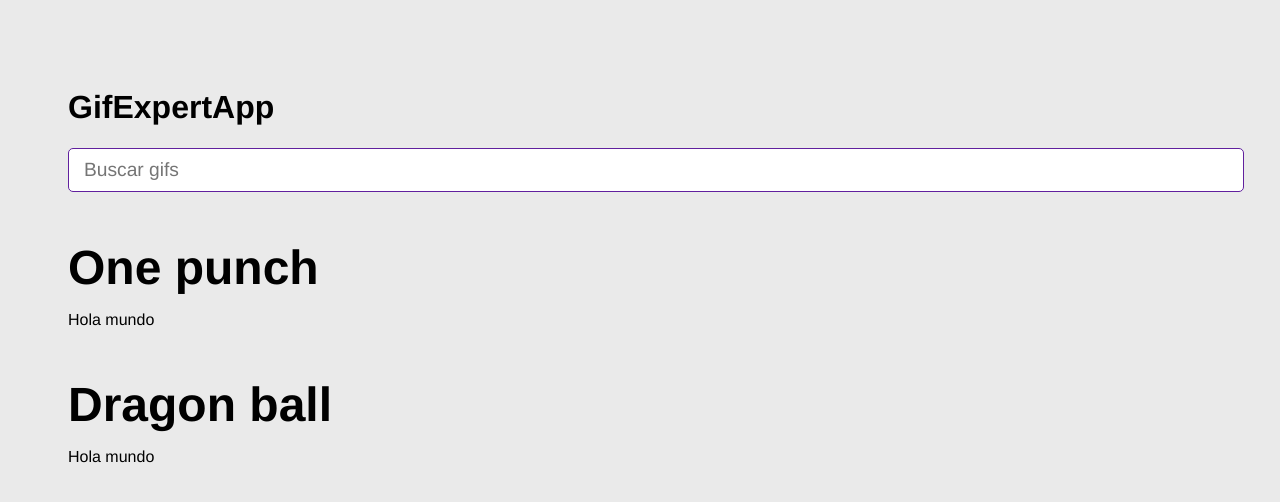
Repository: mmg0206/react-gif-expert
Page: /
An editor plug-in stored every save of this project. The page is shown before and after the next save, followed by the edit.
The browser window is 1280 px wide. The pictures show the whole page.
The project was rebuilt for these pictures with package versions that can differ from the ones it lists, and the page was loaded fresh each time. Also part of the build but not shown: vite.config.js.

Above is the page before, as saved 2024-04-15 17:24:20.

After the next save:
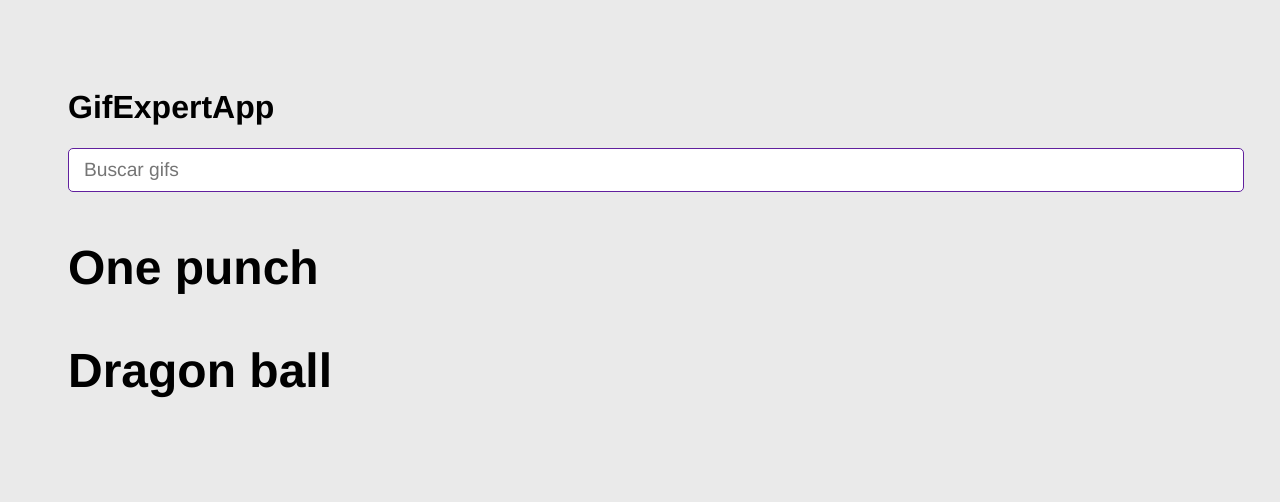
Saved 10 min 1 s later.
--- a/src/components/GifGrid.jsx
+++ b/src/components/GifGrid.jsx
@@ -1,9 +1,8 @@
 const GifGrid = ({category}) => {
   return (
-    <div key={category}>
+    <>
       <h3>{category}</h3>
-      <p>Hola mundo</p>
-    </div>
+    </>
   )
 }
 
